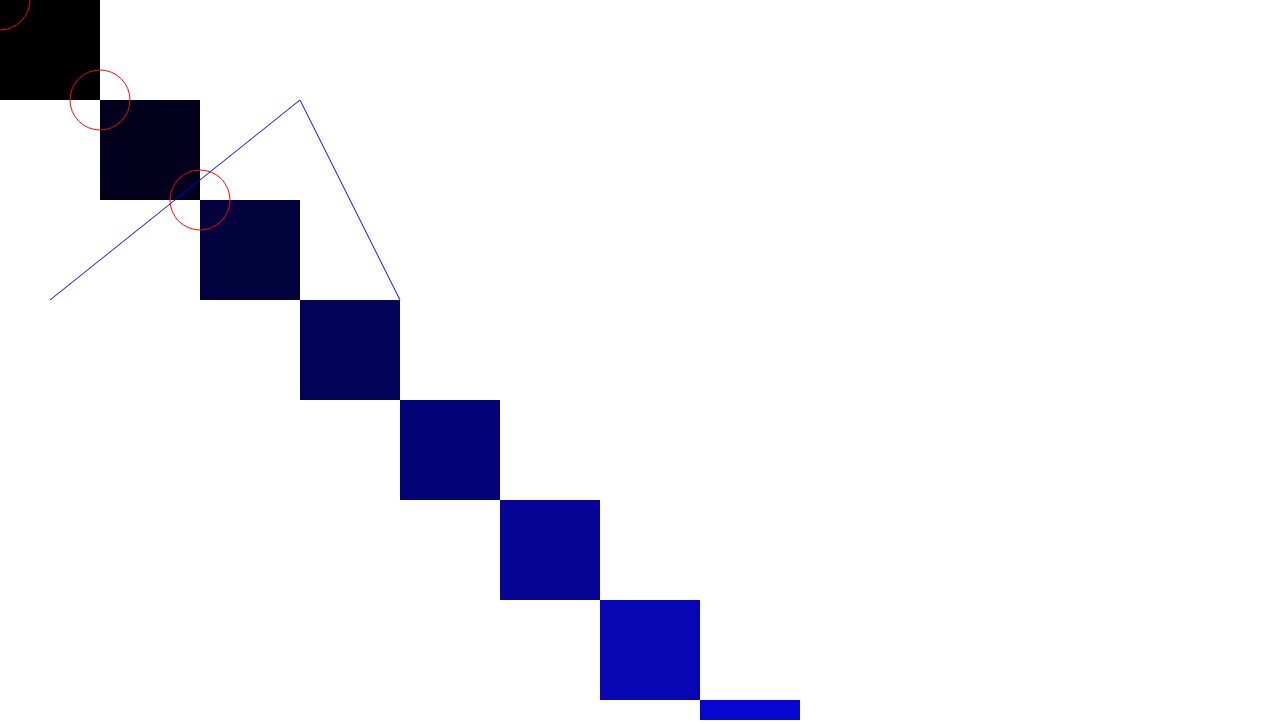
Repository: MikeTroianello/canvas-testing
Page: index.html
The author's editor kept a copy of each file at every save. The page is drawn from the files as they stood at one save, then again after the next save.
The browser window is 1280 px wide. The pictures show the whole page.

Above is the page before, as saved 2019-06-05 00:48:56.

### index.html
<!DOCTYPE html>
<html lang="en">
  <head>
    <meta charset="UTF-8" />
    <meta name="viewport" content="width=device-width, initial-scale=1.0" />
    <meta http-equiv="X-UA-Compatible" content="ie=edge" />
    <link rel="stylesheet" type="text/css" href="style.css" />
    <title>Canvas</title>
  </head>
  <body>
    <canvas></canvas>
    <script src="canvas.js"></script>
  </body>
</html>

### style.css
body {
  margin: 0;
}

/* canvas {
  border: 1px solid black;
} */

### canvas.js
var canvas = document.querySelector('canvas');
console.log(canvas);

canvas.width = window.innerWidth;
canvas.height = window.innerHeight;

var ctx = canvas.getContext('2d');

for (let i = 0; i < canvas.width; i++) {
  ctx.fillStyle = `rgba(${i}, ${i}, ${i * 30}, 1)`;
  ctx.fillRect(i * 100, i * 100, 100, 100);
}

//Line

ctx.beginPath();
ctx.moveTo(50, 300);
ctx.lineTo(300, 100);
ctx.lineTo(400, 300);
ctx.strokeStyle = 'blue';
ctx.stroke();

//arc
// ctx.beginPath();
// ctx.arc(300, 300, 30, 0, Math.PI * 2, false);
// ctx.strokeStyle = 'red';
// ctx.stroke();

for (let i = 0; i < 3; i++) {
  var x = Math.random() * window.innerWidth;
  var y = Math.random() * window.innerHeight;
  ctx.beginPath();
  ctx.arc(i * 100, i * 100, 30, 0, Math.PI * 2, false);
  ctx.strokeStyle = 'red';
  ctx.stroke();
}

After the next save:
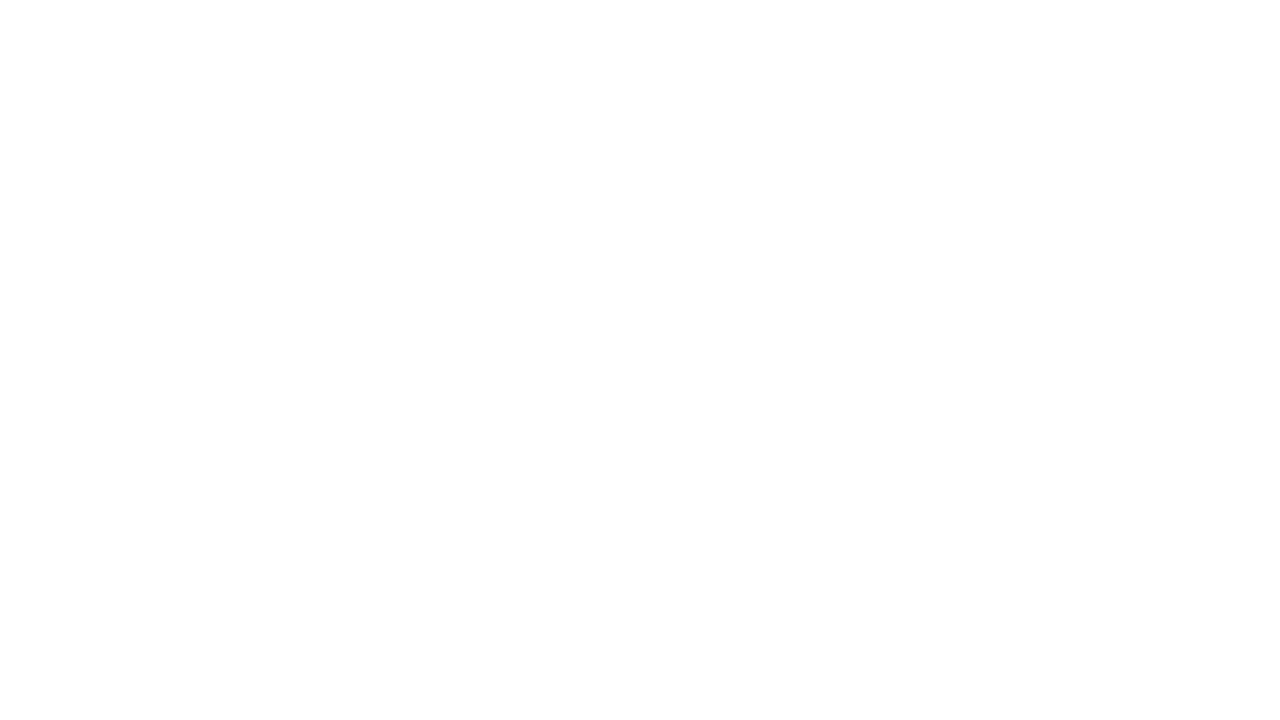
Console error: SyntaxError: missing ) after argument list
Saved 11 h 50 min later.
--- a/canvas.js
+++ b/canvas.js
@@ -30,7 +30,7 @@
   var x = Math.random() * window.innerWidth;
   var y = Math.random() * window.innerHeight;
   ctx.beginPath();
-  ctx.arc(i * 100, i * 100, 30, 0, Math.PI * 2, false);
+  ctx.arc(x, y 30, 0, Math.PI * 2, false);
   ctx.strokeStyle = 'red';
   ctx.stroke();
 }

After the save that followed:
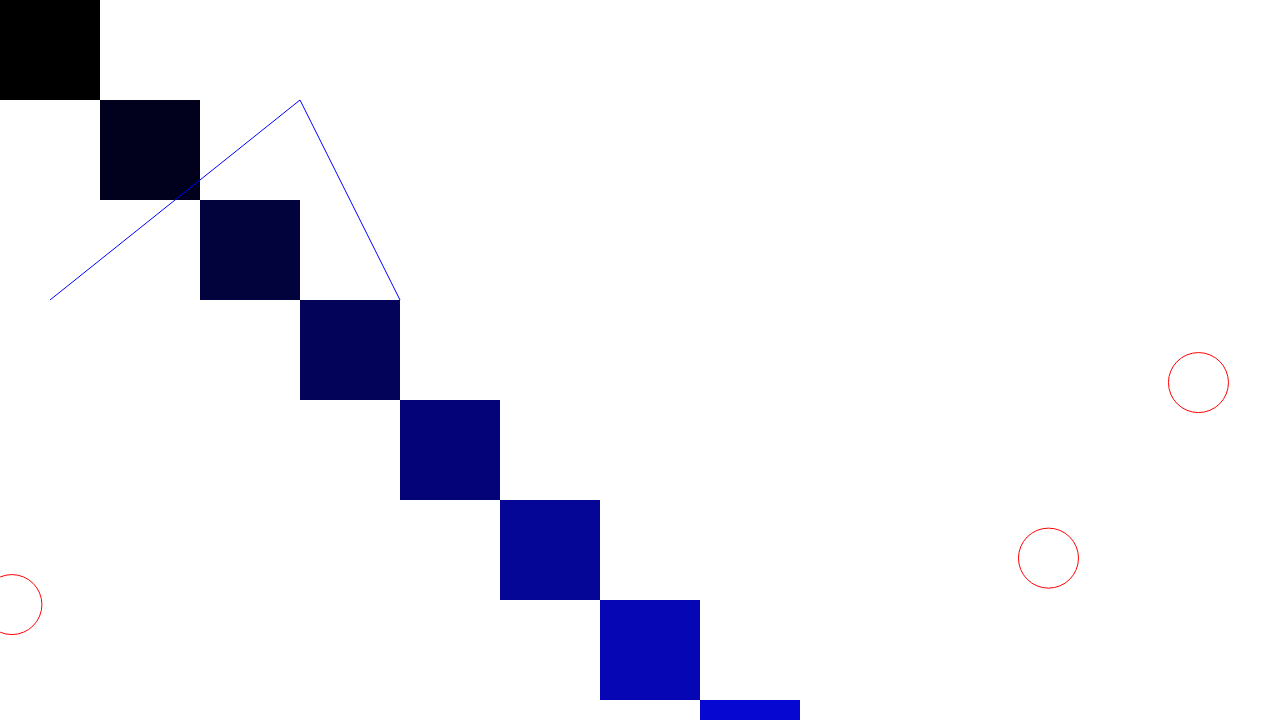
The error is gone.
Saved 6 s later.
--- a/canvas.js
+++ b/canvas.js
@@ -30,7 +30,7 @@
   var x = Math.random() * window.innerWidth;
   var y = Math.random() * window.innerHeight;
   ctx.beginPath();
-  ctx.arc(x, y 30, 0, Math.PI * 2, false);
+  ctx.arc(x, y, 30, 0, Math.PI * 2, false);
   ctx.strokeStyle = 'red';
   ctx.stroke();
 }
